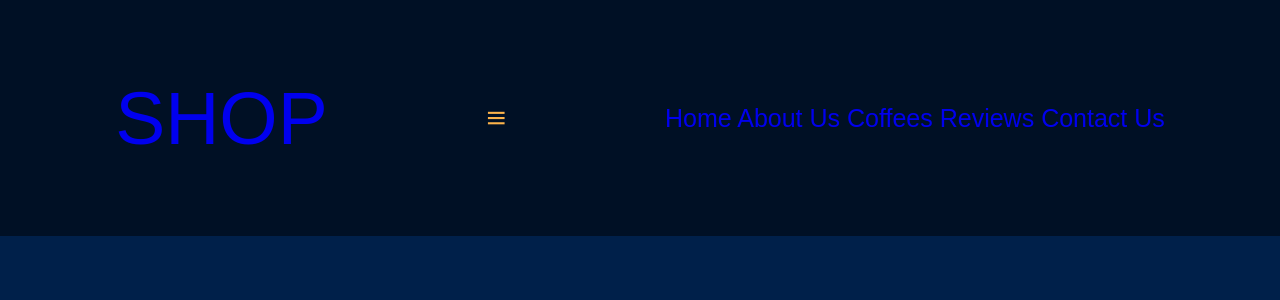
Repository: ntandomagana/Coffee-Shop
Page: index.html
These files come from the project's save history. The page is drawn as it stood at one moment and after the next save; the edit follows.
The browser window is 1280 px wide. The pictures show the whole page.

Above is the page before, as saved 2024-04-10 13:42:00.

### index.html
<!DOCTYPE html>
<html lang="en">
  <head>
    <meta charset="UTF-8" />
    <meta name="viewport" content="width=device-width, initial-scale=1.0" />
    <link rel="stylesheet" href="style.css" />
    <link
      href="https://unpkg.com/boxicons@2.1.4/css/boxicons.min.css"
      rel="stylesheet"/>

    <title>Coffee Shop</title>
  </head>
  <body>
    <header class="header">
        <a href="#home" class="logo"><span>SHOP</span></a>


        <i class='bx bx-menu' id="menu-icon"></i>


        <navbar class="navbar">
          <a href="#home" class="active">Home</a>
          <a href="#about" >About Us</a>
          <a href="#coffees" >Coffees</a>
          <a href="#reviews" >Reviews</a>
          <a href="#contact" >Contact Us</a>
        </navbar>
    </header>
    <script src="script.js"></script>
  </body>
</html>

### style.css
* {
    margin: 0;
    padding: 0;
    box-sizing: border-box;
    text-decoration: none;
    border: none;
    outline: none;
    scroll-behavior: smooth;
    font-family: "Poppins", sans-serif;
}

:root {
    --bg-color:  #00204a;
    --text-color: #005792;
    --main-color: #00bbf0;
    --extra-color: #fdb44b;
}

html {
    font-size: 25px;
    overflow: hidden;
}

body {
    background: var(--bg-color);
    color: var(--extra-color);
}

.header {
    position: fixed;
    top: 0;
    left: 0;
    width: 100%;
    padding: 3rem 9%;
    background: rgb(0, 0, 0, 0.5);
    background-filter: blur(20px);
    display: flex;
    align-items: center;
    justify-content: space-between;
    z-index: 100;
}

.logo {
    font-size: 3rem;
}

Loaded but not shown: script.js (no stored copy; drawn as an empty file)

After the next save:
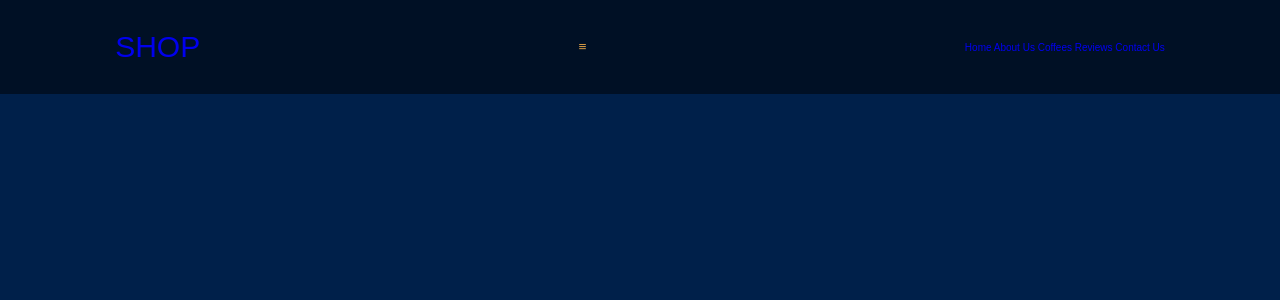
Saved 10 s later.
--- a/style.css
+++ b/style.css
@@ -17,7 +17,7 @@
 }
 
 html {
-    font-size: 25px;
+    font-size: 62.5%;
     overflow: hidden;
 }
 
